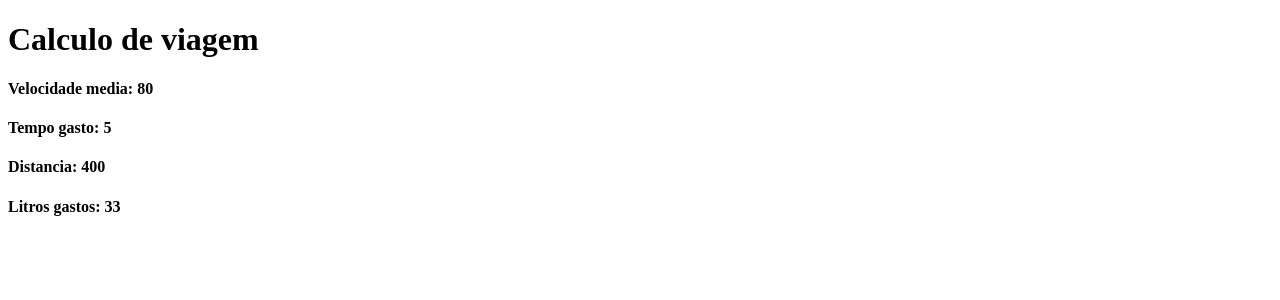
Repository: Nickolaz1/exercicios-jsp
Page: http://localhost/exer02/
These files come from the project's save history. The page is drawn as it stood at one moment and after the next save; the edit follows.
The browser window is 1280 px wide. The pictures show the whole page.
The page is served by Tomcat 9.

Above is the page before, as saved 2021-06-06 23:28:31.

### exer02/WebContent/index.jsp
<%@ page language="java" contentType="text/html; charset=UTF-8"
    pageEncoding="UTF-8"%>
<!DOCTYPE html>
<html lang="pt-br">
	<head>
		<meta charset="UTF-8">
		<title>Exercicio02 - JSP</title>
	</head>
	<body>
		<h1>Calculo de viagem</h1>
		<%! int tempo = 5, velocidade = 80, distancia, litros_gastos, litros = 12; %>
		<% 	distancia = tempo * velocidade;
			litros_gastos = distancia / litros;
		%>
		<%-- valores da velocidade média, tempo gasto na viagem, a distância percorrida
		e a quantidade de litros utilizados na viagem. --%>
		<h4> Velocidade media: <%= velocidade %></h4>
		<h4> Tempo gasto: <%= tempo %></h4>
		<h4> Distancia: <%= distancia %></h4>
		<h4> Litros gastos: <%= litros_gastos %></h4>
	</body>
</html>

After the next save:
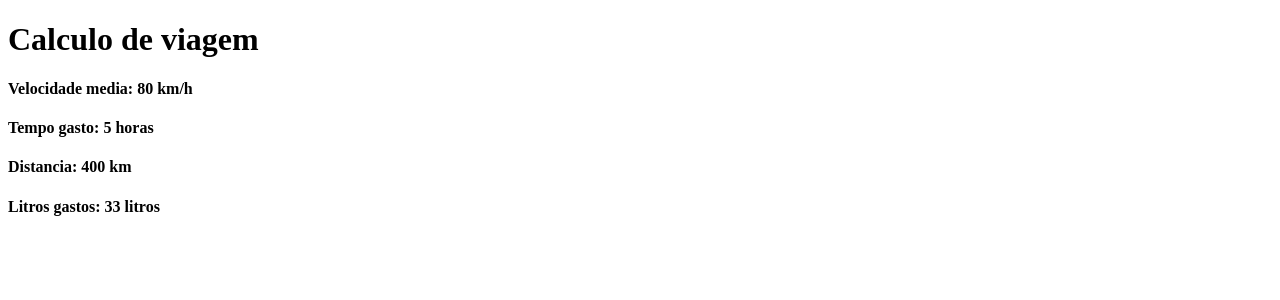
Saved 69 s later.
--- a/exer02/WebContent/index.jsp
+++ b/exer02/WebContent/index.jsp
@@ -14,9 +14,9 @@
 		%>
 		<%-- valores da velocidade média, tempo gasto na viagem, a distância percorrida
 		e a quantidade de litros utilizados na viagem. --%>
-		<h4> Velocidade media: <%= velocidade %></h4>
-		<h4> Tempo gasto: <%= tempo %></h4>
-		<h4> Distancia: <%= distancia %></h4>
-		<h4> Litros gastos: <%= litros_gastos %></h4>
+		<h4> Velocidade media: <%= velocidade %> km/h</h4>
+		<h4> Tempo gasto: <%= tempo %> horas</h4>
+		<h4> Distancia: <%= distancia %> km</h4>
+		<h4> Litros gastos: <%= litros_gastos %> litros</h4>
 	</body>
 </html>
